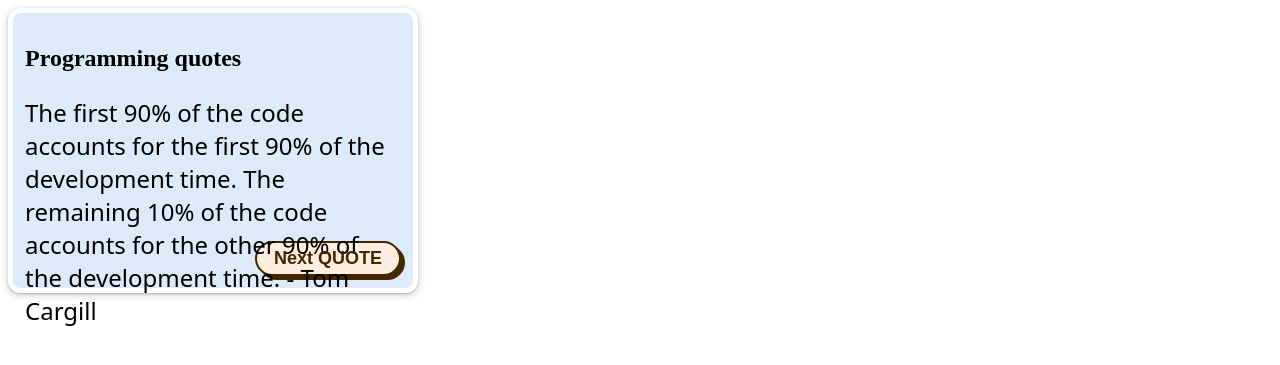
Repository: JasonMorta/programingQuotes-chromeExtension
Page: popup.html
These files come from the project's save history. The page is drawn as it stood at one moment and after the next save; the edit follows.
The browser window is 1280 px wide. The pictures show the whole page.

Above is the page before, as saved 2023-05-07 14:06:01.

After the next save:
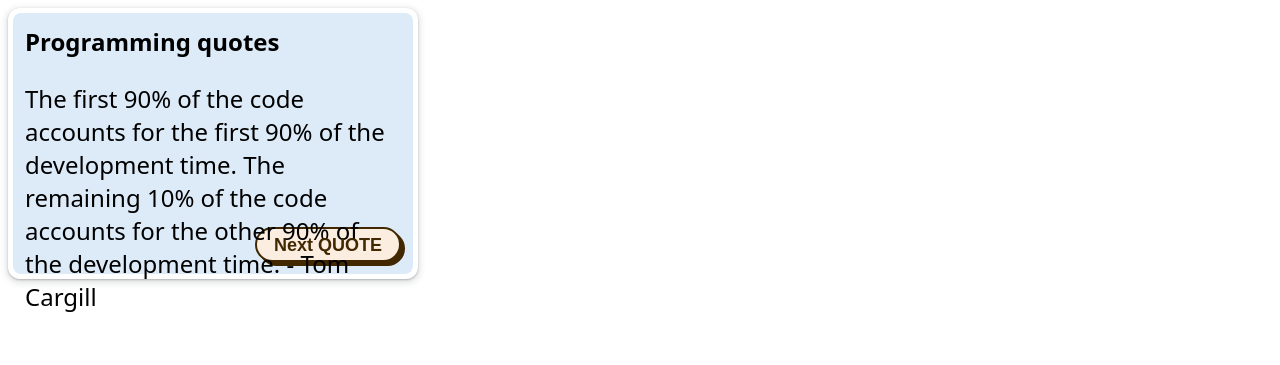
Saved 94 s later.
--- a/content.css
+++ b/content.css
@@ -28,6 +28,11 @@
       background-color: #ddebf8;
     }
 
+    .box-container-inner h1 {
+        font-family: system-ui;
+        margin: 0px;
+    }
+
 
 .para {
     font-size: x-large;
